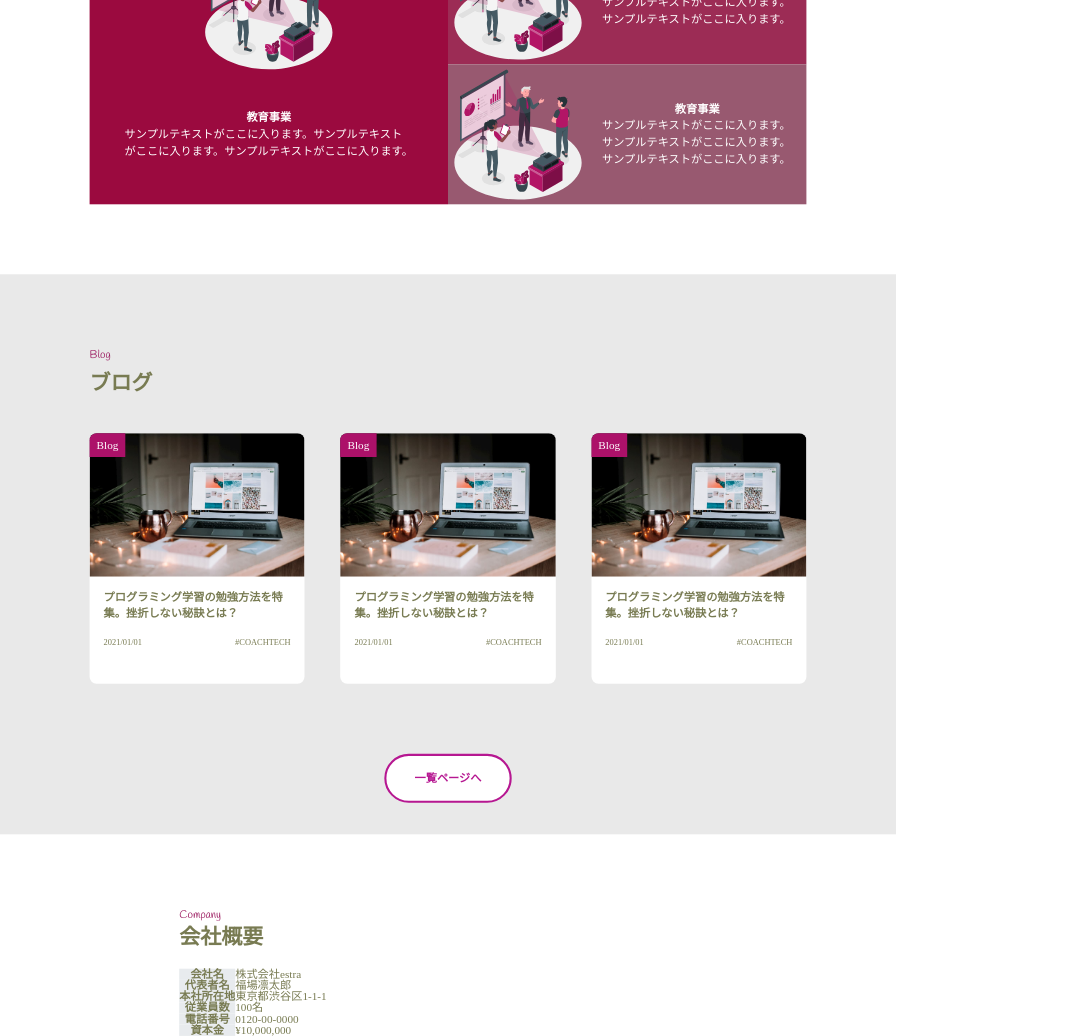
Repository: masanarimiura/20220504miura
Page: index.html
These files come from the project's save history. The page is drawn as it stood at one moment and after the next save; the edit follows.
The browser window is 1280 px wide. The page is 1536 px wide, so the pictures cover 1536 px, including what lies to the right of the window. The pictures show the part of the page from y = 2027 to 3627 px (the page is 3507 px tall before and 3627 px after), at 70% of full size.
Some web fonts or font styles are not loaded; a fallback is used.

Above is the page before, as saved 2022-05-05 00:57:16.

### index.html
<!DOCTYPE html>
<html lang="ja">

<head>
  <meta charset="UTF-8">
  <meta http-equiv="X-UA-Compatible" content="IE=edge">
  <meta name="viewport" content="width=device-width, initial-scale=1.0">
  <title>20220504miura</title>
  <link rel="stylesheet" href="css/reset.css">
  <link rel="stylesheet" href="css/style.css">
  <link rel="preconnect" href="https://fonts.googleapis.com">
  <link rel="preconnect" href="https://fonts.gstatic.com" crossorigin>
  <link href="https://fonts.googleapis.com/css2?family=Gochi+Hand&display=swap" rel="stylesheet">
  <link rel="preconnect" href="https://fonts.googleapis.com">
  <link rel="preconnect" href="https://fonts.gstatic.com" crossorigin>
  <link href="https://fonts.googleapis.com/css2?family=Handlee&display=swap" rel="stylesheet">
</head>

<header class="header">
  <div class="header-inner">
    <div class="header-logo">
      <a href="">ssssssss
        <img src="img/estra_logo.png" alt="">
      </a>
    </div>
    <nav class="header-nav">
      <ul class="header-nav-list">
        <li class="header-nav-item"><a href="" class="header-nav-link">
            News
          </a></li>
        <li class="header-nav-item"><a href="" class="header-nav-link">
            About
          </a></li>
        <li class="header-nav-item"><a href="" class="header-nav-link">
            Service
          </a></li>
        <li class="header-nav-item"><a href="" class="header-nav-link">
            Blog
          </a></li>
        <li class="header-nav-item"><a href="" class="header-nav-link">
            Company
          </a></li>
        <li class="header-nav-item"><a href="" class="header-nav-link">
            Contact
          </a></li>
      </ul>
    </nav>
  </div>
</header>
<div class="firstview">
  <img src="img/firstview.jpg" alt="">
  <div class="firstview-inner">
    <h2 class="firstview-ttl">
      Commit to the <span class="firstview-text-emphasis">growth</span> <br>for everone
    </h2>
    <div class="firstview">
      <p class="firstview-text">
        全ての人の<span class="firstview-text-emphasis">成長</span>にコミットする
      </p>
      <p class="firstview-en">
        Educational Technology Company <br>estra inc 2019
      </p>
    </div>
  </div>
</div>
<div class="news">
  <p class="news-icon icon">News</p>
  <h2 class="news-ttl">新着情報
  </h2>
  <table class="news-table">
    <tr class="news-table-tr">
      <td class="news-table-date">2021/01/01</td>
      <td class="news-table-news">ニュース</td>
      <td class="news-table-text">COACHTECHのサービスが開始されました。</td>
    </tr>
    <tr class="news-table-tr">
      <td class="news-table-date">2021/01/01</td>
      <td class="news-table-news">ニュース</td>
      <td class="news-table-text">COACHTECHのサービスが開始されました。</td>
    </tr>
    <tr class="news-table-tr">
      <td class="news-table-date">2021/01/01</td>
      <td class="news-table-news">ニュース</td>
      <td class="news-table-text">COACHTECHのサービスが開始されました。</td>
    </tr>
    <tr class="news-table-tr">
      <td class="news-table-date">2021/01/01</td>
      <td class="news-table-news">ニュース</td>
      <td class="news-table-text">COACHTECHのサービスが開始されました。</td>
    </tr>
    <tr class="news-table-tr">
      <td class="news-table-date">2021/01/01</td>
      <td class="news-table-news">ニュース</td>
      <td class="news-table-text">COACHTECHのサービスが開始されました。</td>
    </tr>
  </table>
</div>
<div class="about">
  <div class="about-top">
    <div class="about-icon icon">About</div>
    <h2 class="about-ttl">Technology x Coaching</h2>
  </div>
  <div class="about-inner">
    <div class="about-text">
      <p class="about-text-content">
        株式会社estraはデジタル化が遅れている教育業界に最新テクノロジーを導入することによって教育のDXを実現します。　<br><br>
        独自のオペレーションとコーチングを融合した新しい教育の仕組みにより、一人ひとりに合わせた最適な教育を提供します。
      </p>
    </div>
    <img src="img/about.jpg" alt="">
  </div>
</div>
<div class="service">
  <div class="service-top">
    <div class="service-icon icon">Service</div>
    <h2 class="service-ttl">サービス内容</h2>
  </div>
  <div class="service-box">
    <div class="service-box1">
      <img src="img/service__first.svg" alt="" class="service-img">
      <div class="service-explain1">
        <h3 class="service-box-ttl1">教育事業</h3>
        <p class="service-box-text1">サンプルテキストがここに入ります。サンプルテキストがここに入ります。サンプルテキストがここに入ります。</p>
      </div>
    </div>
    <div class="service-box2">
      <img src="img/service__first.svg" alt="" class="service-img">
      <div class="service-explain2">
        <h3 class="service-box-ttl2">教育事業</h3>
        <p class="service-box-text2">サンプルテキストがここに入ります。サンプルテキストがここに入ります。サンプルテキストがここに入ります。</p>
      </div>
    </div>
    <div class="service-box3">
      <img src="img/service__first.svg" alt="" class="service-img">
      <div class="service-explain2">
        <h3 class="service-box-ttl3">教育事業</h3>
        <p class="service-box-text3">サンプルテキストがここに入ります。サンプルテキストがここに入ります。サンプルテキストがここに入ります。</p>
      </div>
    </div>
  </div>
</div>
<div class="blog">
  <div class="blog-top">
    <div class="blog-icon icon">Blog</div>
    <h2 class="blog-ttl">ブログ</h2>
  </div>
  <div class="blog-main">
    <div class="blog-card">
      <img src="img/blog__first.jpg" alt="">
      <div class="blog-noti">Blog</div>
      <div class="blog-text">
        <p class="blog-text-content">プログラミング学習の勉強方法を特集。挫折しない秘訣とは？</p>
        <div class="blog-last">
          <div class="blog-date">2021/01/01</div>
          <div class="blog-tag">#COACHTECH</div>
        </div>
      </div>
    </div>
    <div class="blog-card">
      <img src="img/blog__first.jpg" alt="">
      <div class="blog-noti">Blog</div>
      <div class="blog-text">
        <p class="blog-text-content">プログラミング学習の勉強方法を特集。挫折しない秘訣とは？</p>
        <div class="blog-last">
          <div class="blog-date">2021/01/01</div>
          <div class="blog-tag">#COACHTECH</div>
        </div>
      </div>
    </div>
    <div class="blog-card">
      <img src="img/blog__first.jpg" alt="">
      <div class="blog-noti">Blog</div>
      <div class="blog-text">
        <p class="blog-text-content">プログラミング学習の勉強方法を特集。挫折しない秘訣とは？</p>
        <div class="blog-last">
          <div class="blog-date">2021/01/01</div>
          <div class="blog-tag">#COACHTECH</div>
        </div>
      </div>
    </div>
  </div>
  <div class="blog-btn">
    <a href="http://" class="blog-link">一覧ページへ</a>
  </div>
</div>
<div class="company">
  <div class="company-top">
    <div class="company-icon icon">Company</div>
    <div class="company-ttl">会社概要</div>
  </div>
  <table class="company-table">
    <tr class="company-tr">
      <th>会社名</th>
      <td>株式会社estra</td>
    </tr>
    <tr class="company-tr">
      <th>代表者名</th>
      <td>福場凛太郎</td>
    </tr>
    <tr class="company-tr">
      <th>本社所在地</th>
      <td>東京都渋谷区1-1-1</td>
    </tr>
    <tr class="company-tr">
      <th>従業員数</th>
      <td>100名</td>
    </tr>
    <tr class="company-tr">
      <th>電話番号</th>
      <td>0120-00-0000</td>
    </tr>
    <tr class="company-tr">
      <th>資本金</th>
      <td>&yen10,000,000</td>
    </tr>
  </table>
</div>

<body>

</body>

</html>

### css/style.css
* {
  color: rgb(120, 123, 82);
}
a {
  text-decoration: none;
  color: inherit;
}
.header {
  width: 100%;
}
.header-inner {
  display: flex;
  justify-content: space-between;
  margin: 10px 20px;
}
.header img {
  width: 100px;
}
.header-nav {
  margin: 10px 20px;
}
.header-nav-list {
  display: flex;
  justify-content: center;
}
.header-nav-item:not(:last-child) {
  padding-right: 20px;
}
.firstview {
  width: 100%;
  position: relative;
}
.firstview-inner {
  position: absolute;
  top: 20%;
  left: 20%;
  width: 100%;
}
.firstview img {
  width: 60%;
  margin: 0 0 0 auto;
  display: block;
}
.firstview-ttl {
  color: rgb(119, 21, 70);
  font-size: 50px;
  font-family: "Gochi Hand", cursive;
  line-height: 1.5;
}
.firstview-text {
  color: rgb(119, 21, 70);
  font-size: 20px;
  margin-top: 30px;
}
.firstview-en {
  line-height: 1.5;
  margin-top: 10px;
}
.firstview-text-emphasis {
  color: rgb(32, 134, 172);
  font-weight: bold;
}
.news {
  margin: 100px auto 0;
  width: 60%;
}
.icon {
  color: rgb(153, 21, 92);
  font-family: "Handlee", cursive;
  line-height: 2;
}
.news-ttl {
  font-size: 30px;
  color: rgb(114, 110, 95);
}
.news-table {
  align-items: center;
  border-top: 2px solid rgb(114, 110, 95);
  border-bottom: 2px solid rgb(114, 110, 95);
  margin-top: 20px;
}
.news-table-tr {
  border-bottom: 1px solid rgb(182, 177, 160);
  padding: 30px 0;
}
.news-table-tr td {
  padding: 20px 20px 20px 0;
}
.news-table-news {
  background-color: brown;
  display: inline-block;
  padding: 1px 1px;
  border-radius: 6px;
  margin: 0 0;
  text-align: center;
  align-items: center;
  color: #fff;
}
.about {
  width: 100%;
  background-color: rgb(233, 233, 233);
  margin-top: 100px;
  line-height: 1.5;
  height: 500px;
  padding: 50px 0 20px;
}
.about-top {
  text-align: center;
  margin: 20px;
}
.about-ttl {
  font-size: 30px;
  margin-bottom: 50px;
}
.about-inner {
  display: flex;
  justify-content: space-around;
}
.about-text {
  width: 30%;
}
.about-inner img {
  width: 30%;
}
.service {
  width: 80%;
  margin: 100px auto 0;
}
.service-top {
  margin-bottom: 50px;
}
.service-ttl {
  font-size: 30px;
}
.service-box {
  display: grid;
  grid-template-rows: 50% 50%;
  grid-template-columns: 50% 50%;
}
.service-box1 img,
.service-box2 img,
.service-box3 img {
  width: 200px;
  display: inline-block;
}
.service-box1 img {
  margin: 0 auto;
}
.service-box-ttl1,
.service-box-ttl2,
.service-box-ttl3,
.service-box-text1,
.service-box-text2,
.service-box-text3 {
  color: #fff;
}
.service-box-ttl1,
.service-box-ttl2,
.service-box-ttl3 {
  text-align: center;
}
.service-box1 {
  grid-column: 1/2;
  grid-row: 1/3;
  background-color: rgb(155, 10, 63);
  width: 100%;
  display: flex;
  flex-direction: column;
  justify-content: center;
}
.service-explain1 {
  line-height: 1.5;
  margin: 50px;
}
.service-box2 {
  grid-column: 2/3;
  grid-row: 1/2;
  background-color: rgb(156, 44, 85);
  width: 100%;
  display: flex;
  align-items: center;
}
.service-explain2 {
  line-height: 1.5;
  margin: 50px 20px;
}
.service-box3 {
  grid-column: 2/3;
  grid-row: 2/3;
  background-color: rgb(152, 89, 112);
  width: 100%;
  display: flex;
  align-items: center;
}
.service-explain3 {
  line-height: 1.5;
  margin: 50px 20px;
}
.blog {
  width: 100%;
  background-color: rgb(233, 233, 233);
  margin: 100px auto 0;
  line-height: 1.5;
  height: 700px;
  padding: 100px 0 0px;
}
.blog-top {
  width: 80%;
  margin: 0px auto auto;
}
.blog-ttl {
  font-size: 30px;
}
.blog-main {
  margin: 50px 10% auto;
  display: flex;
  justify-content: space-between;
}
.blog-card {
  width: 30%;
  border-radius: 10px;
  position: relative;
  background: #fff;
}
.blog-card img {
  width: 100%;
  border-radius: 10px 10px 0 0;
}
.blog-noti {
  position: absolute;
  top: 0;
  left: 0;
  background-color: rgb(172, 17, 105);
  color: #fff;
  padding: 5px 10px;
  border-radius: 10px 0 0 0;
}
.blog-text {
  padding: 10px 20px;
}
.blog-text-content {
  font-weight: bold;
}
.blog-last {
  margin: 20px 0;
  padding-bottom: 20px;
  display: flex;
  justify-content: space-between;
  font-size: 12px;
}
.blog-btn {
  display: flex;
  justify-content: center;
  margin: 100px;
}
.blog-link {
  background-color: #fff;
  padding: 20px 40px;
  border: 3px solid rgb(182, 23, 145);
  border-radius: 50px;
  font-weight: bold;
  color: rgb(182, 23, 145);
}
.company {
  width: 60%;
  margin: 100px auto 0;
}
.company-ttl {
  font-size: 30px;
  font-weight: bold;
}
.company-table {
  margin: 30px 0 0;
}
.company-tr th {
  background-color: rgb(232, 235, 238);
  p
}
.company-tr td {
}

Loaded but not shown: css/reset.css (common file)

After the next save:
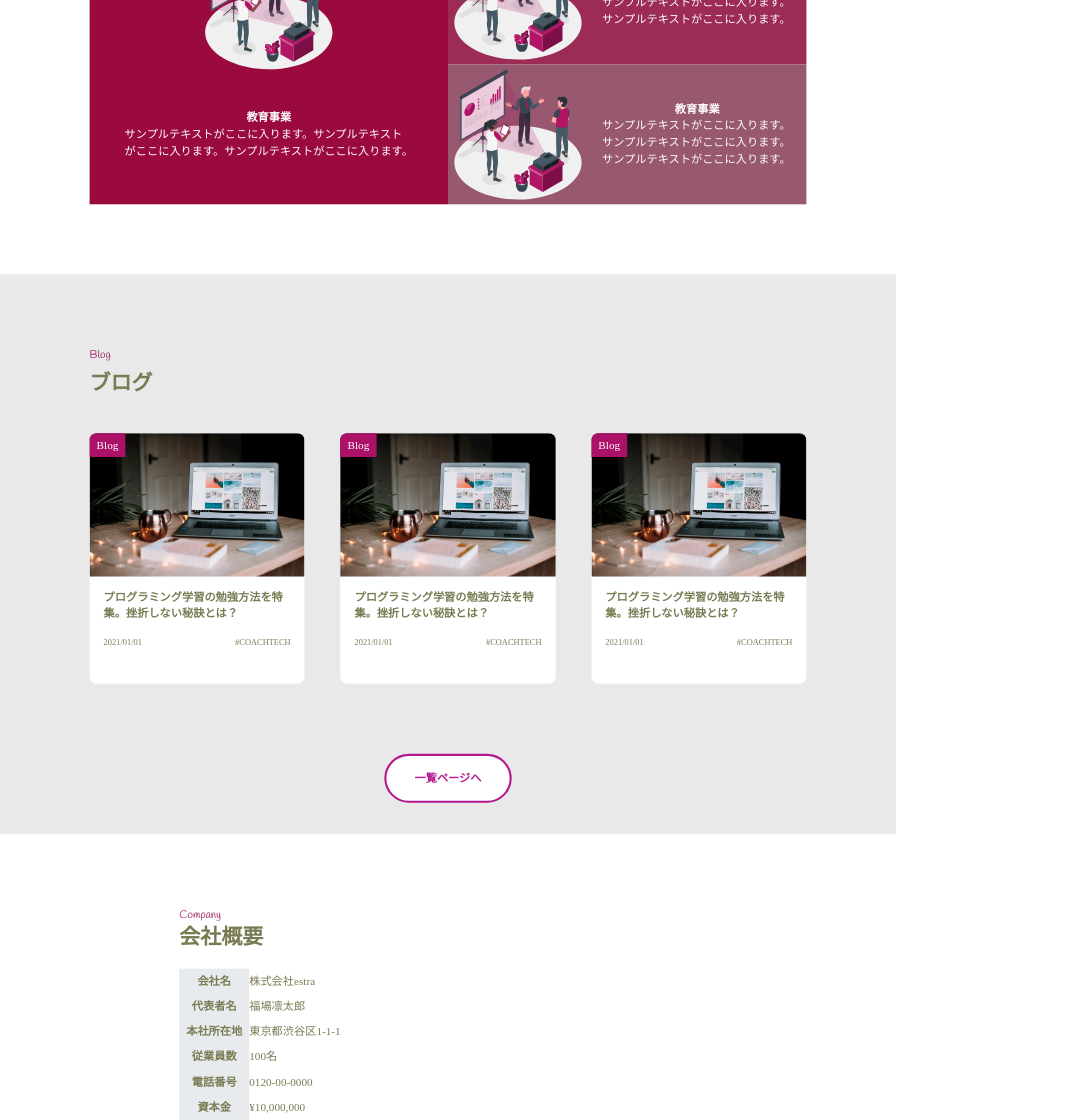
Saved 12 s later.
--- a/css/style.css
+++ b/css/style.css
@@ -274,7 +274,7 @@ a {
 }
 .company-tr th {
   background-color: rgb(232, 235, 238);
-  p
+  padding: 10px;
 }
 .company-tr td {
 }
